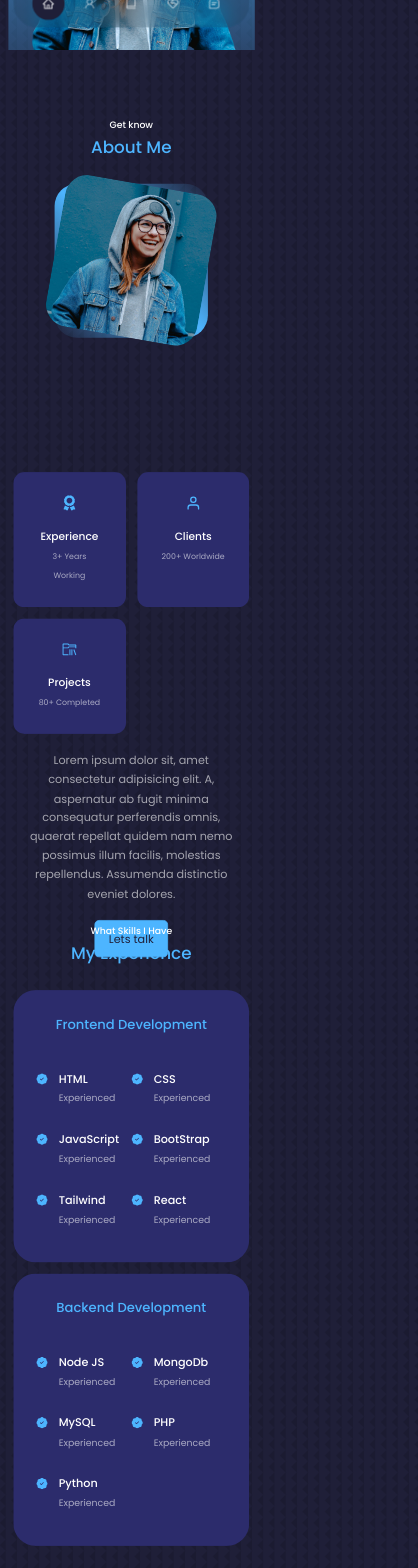
Repository: YuriSarmanho/Portifolio-
Page: / (app in portifolio/)
An editor plug-in stored every save of this project. The page is shown before and after the next save, followed by the edit.
The browser window is 375 px wide. The page is 597 px wide, so the pictures cover 597 px, including what lies to the right of the window. The pictures show the part of the page from y = 728 to 2968 px (the page is 6088 px tall before and 6050 px after), at 70% of full size.
The project was rebuilt for these pictures with package versions that can differ from the ones it lists, and the page was loaded fresh each time. Also part of the build but not shown: portifolio/src/Components/Contact/Contact.css, portifolio/src/Components/Testimonials/Testimonials.css. Imported but missing from the stored project, and not drawn on this page: portifolio/src/assets/cv.pdf.

Above is the page before, as saved 2022-05-25 10:32:26.

### portifolio/public/index.html
<!DOCTYPE html>
<html lang="pt-br">
<head>
    <meta charset="UTF-8">
    <meta http-equiv="X-UA-Compatible" content="IE=edge">
    <meta name="viewport" content="width=device-width, initial-scale=1.0">
    <title>Yuri Sarmanho Monteiro</title>
</head>
<body>
    <div id="root"></div>
</body>
</html>

### portifolio/src/App.jsx
import React from "react";
import './index.css'

import Header from "./Components/Header/Header";
import About from "./Components/About/About";
import Contact from "./Components/Contact/Contact";
import Experience from "./Components/Experience/Experience";
import Footer from "./Components/Footer/Footer";
import Nav from "./Components/Nav/Nav";
import Testimonials from "./Components/Testimonials/Testimonials";
import Service from "./Components/Service/Service";
import Portfolio from "./Components/Portfolio/Portfolio";



const App = () => {
  return (
    <>
      <Header />
      <Nav/>
      <About />
      <Experience/>
      <Service/>
      <Portfolio/>
      <Testimonials/>
      <Contact/>
      <Footer/>
    </>
  );
};

export default App;

### portifolio/src/index.css
@import url('https://fonts.googleapis.com/css2?family=Poppins:wght@300;400;500;600&display=swap');

* {
  margin: 0;
  padding: 0;
  border: 0;
  outline: 0;
  box-sizing: border-box;
  list-style: none;
  text-decoration: none;
}
:root {
  --color-bg: #1f1f38;
  --color-bg-variant: #2c2c6c;
  --color-primary: #4db5ff;
  --color-primary-variant: rgba(77, 181, 255, 0.4);
  --color-white: #fff;
  --color-light: rgba(255, 255, 255, 0.6);

  --transition: all 400ms ease;

  --container-width-lg: 75%;
  --container-width-md: 86%;
  --container-width-sm: 90%;
}
html {
  scroll-behavior: smooth;
}
::-webkit-scrollbar {
  display: none;
}

body {
  font-family: "Poppins", sans-serif;
  background-color: var(--color-bg);
  color: var(--color-white);
  line-height: 1.7;
  background-image: url(../src/assets/bg-texture.png);
}

.container {
  width: var(--container-width-lg);
  margin: 0 auto;
}

h1,
h2,
h3,
h4,
h5 {
  font-weight: 500;
}
h1 {
  font-size: 2.5rem;
}
section {
  margin-top: 8rem;
}
section > h2,
section > h5 {
  text-align: center;
  color: var(--color-ligth);
}

section > h2 {
  color: var(--color-primary);
  margin-bottom: 3rem;
}

.text-light {
  color: var(--color-light);
}
a {
  color: var(--color-primary);
  transition: var(--transition);
}
a:hover{
    color: var(--color-white);
}
.btn{
    width: max-content;
    display: inline-block;
    color: var(--color-primary);
    padding: 0.75rem 1.2rem;
    border-radius: 0.4rem;
    cursor: pointer;
    border: 1px solid var(--color-primary);
    transition: var(--transition);
}

.btn:hover{
    background-color: var(--color-white);
    color: var(--color-bg);
    border: transparent;
}

.btn-primary{
    background-color: var(--color-primary);
    color: var(--color-bg);
}

img{
  display: block;
  width: 100%;
  object-fit: cover;
}

/*MEDIUM DEVICE*/
@media screen and (max-width:1024px){
    .container{
        width: var(--container-width-md);
    }
    section{
        margin-top: 6rem;
    }
}

/*SMALL DEVICE*/
@media screen and (max-width:600px){
    .container{
        width: var(--container-width-sm);
    }
    section > h2{
        margin-bottom: 2rem;
    }
}

### portifolio/src/Components/Header/Header.jsx
import React from 'react'
import CTA from './CTA'
import ME from '../../assets/me.png'
import HeaderSocials from './HeaderSocials'
import './Header.css'

const header = () => {
  return (
    <header>
      <div className="container header__container">
        <h5>Hello i'm</h5>
        <h1>Yuri Sarmanho Monteiro</h1>
        <h5 className="text-light">Frontend Developer</h5>
        <CTA />
        <HeaderSocials/>
        <div className="me">
          <img src={ME} alt="foto de perfil" />
        </div>
      </div>
    </header>
  )
}

export default header

### portifolio/src/Components/About/About.jsx
import React from "react";
import ME from "../../assets/me-about.jpg";
import { FaAward } from "react-icons/fa";
import { FiUser } from "react-icons/fi";
import { VscFolderLibrary } from "react-icons/vsc";
import "./About.css";

const About = () => {
  return (
    //refactor
    <section id="about">
      <h5>Get know</h5>
      <h2>About Me</h2>

      <div className="container about__container">
        <div className="about__me">
          <div className="about__me-image">
            <img src={ME} alt="minha foto" />
          </div>
        </div>

        <div className="about__content">
          <div className="about__cards">
            <article className="about__card">
              <FaAward className="about__icon" />
              <h5>Experience</h5>
              <small>3+ Years Working</small>
            </article>

            <article className="about__card">
              <FiUser className="about__icon" />
              <h5>Clients</h5>
              <small>200+ Worldwide</small>
            </article>

            <article className="about__card">
              <VscFolderLibrary className="about__icon" />
              <h5>Projects</h5>
              <small>80+ Completed</small>
            </article>
          </div>
          <p>
              Lorem ipsum dolor sit, amet consectetur adipisicing elit. A,
              aspernatur ab fugit minima consequatur perferendis omnis, quaerat
              repellat quidem nam nemo possimus illum facilis, molestias
              repellendus. Assumenda distinctio eveniet dolores.
            </p>
            <a href="#contact" className='btn btn-primary'>
              Lets talk
            </a>
        </div>
      </div>
    </section>
  );
};

export default About;

### portifolio/src/Components/Contact/Contact.jsx
import React from 'react'
import './Contact.css'
const Contact = () => {
  return (
    <section id='contact'>Contact</section>
  )
}

export default Contact

### portifolio/src/Components/Nav/Nav.jsx
import React, { useState } from "react";
import { AiOutlineHome } from "react-icons/ai";
import { AiOutlineUser } from "react-icons/ai";
import { BiBookAlt } from "react-icons/bi";
import { RiServiceLine } from "react-icons/ri";
import { BiMessageSquareDetail } from "react-icons/bi";
import "./Nav.css";

const Nav = () => {
  const [activeNav, setActiveNav] = useState("#");
  //Refatorar essa parte dps que acabar o projeto
  return (
    <nav>
      <a
        href="#"
        onClick={() => setActiveNav("#")}
        className={activeNav === "#" ? "active" : ""}
      >
        <AiOutlineHome />
      </a>
      <a
        href="#about"
        onClick={() => setActiveNav("#about")}
        className={activeNav === "#about" ? "active" : ""}
      >
        <AiOutlineUser />
      </a>
      <a
        href="#experience"
        onClick={() => setActiveNav("#experience")}
        className={activeNav === "#experience" ? "active" : ""}
      >
        <BiBookAlt />
      </a>
      <a
        href="#service"
        onClick={() => setActiveNav("#service")}
        className={activeNav === "#service" ? "active" : ""}
      >
        <RiServiceLine />
      </a>
      <a
        href="#contact"
        onClick={() => setActiveNav("#contact")}
        className={activeNav === "#contact" ? "active" : ""}
      >
        <BiMessageSquareDetail />
      </a>
    </nav>
  );
};

export default Nav;

### portifolio/src/Components/Testimonials/Testimonials.jsx
import React from 'react'
import './Testimonials.css'
const Testimonials = () => {
  return (
    <section id='testimonials'>Testimonials</section>
  )
}

export default Testimonials

### portifolio/src/Components/Service/Service.jsx
import React from 'react'
import {BsCheck} from 'react-icons/bs'
import './Service.css'

const Service = () => {
  return (
    <section id='service'>
      <h5>What I Offer</h5>
      <h2>Service</h2>

      <div className="container service__container">
        <article className="service">
          <div className="service__head">
            <h3>UI/UX Desing</h3>
          </div>
          <ul className="service__list">
            <li>
              <BsCheck className='service__list-icon'></BsCheck>
              <p>Lorem ipsum dolor sit amet consectetur elit.</p>
            </li>
            <li>
              <BsCheck className='service__list-icon'></BsCheck>
              <p>Lorem ipsum dolor sit amet consectetur elit.</p>
            </li>
            <li>
              <BsCheck className='service__list-icon'></BsCheck>
              <p>Lorem ipsum dolor sit amet consectetur elit.</p>
            </li>
            <li>
              <BsCheck className='service__list-icon'></BsCheck>
              <p>Lorem ipsum dolor sit amet consectetur elit.</p>
            </li>
            <li>
              <BsCheck className='service__list-icon'></BsCheck>
              <p>Lorem ipsum dolor sit amet consectetur elit.</p>
            </li>
          </ul>
        </article>
        {/* END OF UI/UX */}
        <article className="service">
          <div className="service__head">
            <h3>Web Developent</h3>
          </div>
          <ul className="service__list">
            <li>
              <BsCheck className='service__list-icon'></BsCheck>
              <p>Lorem ipsum dolor sit amet consectetur elit.</p>
            </li>
            <li>
              <BsCheck className='service__list-icon'></BsCheck>
              <p>Lorem ipsum dolor sit amet consectetur elit.</p>
            </li>
            <li>
              <BsCheck className='service__list-icon'></BsCheck>
              <p>Lorem ipsum dolor sit amet consectetur elit.</p>
            </li>
            <li>
              <BsCheck className='service__list-icon'></BsCheck>
              <p>Lorem ipsum dolor sit amet consectetur elit.</p>
            </li>
            <li>
              <BsCheck className='service__list-icon'></BsCheck>
              <p>Lorem ipsum dolor sit amet consectetur elit.</p>
            </li>
          </ul>
        </article>
        {/* WEB DEVELOPMENT*/}
        <article className="service">
          <div className="service__head">
            <h3>Content Creation</h3>
          </div>
          <ul className="service__list">
            <li>
              <BsCheck className='service__list-icon'></BsCheck>
              <p>Lorem ipsum dolor sit amet consectetur elit.</p>
            </li>
            <li>
              <BsCheck className='service__list-icon'></BsCheck>
              <p>Lorem ipsum dolor sit amet consectetur elit.</p>
            </li>
            <li>
              <BsCheck className='service__list-icon'></BsCheck>
              <p>Lorem ipsum dolor sit amet consectetur elit.</p>
            </li>
            <li>
              <BsCheck className='service__list-icon'></BsCheck>
              <p>Lorem ipsum dolor sit amet consectetur elit.</p>
            </li>
            <li>
              <BsCheck className='service__list-icon'></BsCheck>
              <p>Lorem ipsum dolor sit amet consectetur elit.</p>
            </li>
          </ul>
        </article>
        {/* CONTENT CREATION */}
      </div>
    </section>
  )
}

export default Service

### portifolio/src/Components/Portfolio/Portfolio.jsx
import React from "react";
import "./Portfolio.css";
import IMG1 from "../../assets/portfolio1.jpg";
import IMG2 from "../../assets/portfolio2.jpg";
import IMG3 from "../../assets/portfolio3.jpg";
import IMG4 from "../../assets/portfolio4.jpg";
import IMG5 from "../../assets/portfolio5.png";
import IMG6 from "../../assets/portfolio6.jpg";

const Portfolio = () => {
  return (
    <section>
      <h5>My Recent Work</h5>
      <h2>Portfolio</h2>
      <div className="container portfolio__container">
        <article className="portfolio__item">
          <div className="portfolio__item-image">
            <img src={IMG1} alt="" />
          </div>
          <h3>This is a portfolio item title</h3>
          <div className="container__item-cta">
            <a href="http://github.com" className="btn" target="_blank">
              Github
            </a>
            <a href="#" className="btn btn-primary" target="_blank">
              Live Demo
            </a>
          </div>
        </article>
        <article className="portfolio__item">
          <div className="portfolio__item-image">
            <img src={IMG2} alt="" />
          </div>
          <h3>This is a portfolio item title</h3>
          <div className="container__item-cta">
            <a href="http://github.com" className="btn" target="_blank">
              Github
            </a>
            <a href="#" className="btn btn-primary" target="_blank">
              Live Demo
            </a>
          </div>
        </article>
        <article className="portfolio__item">
          <div className="portfolio__item-image">
            <img src={IMG3} alt="" />
          </div>
          <h3>This is a portfolio item title</h3>
          <div className="container__item-cta">
            <a href="http://github.com" className="btn" target="_blank">
              Github
            </a>
            <a href="#" className="btn btn-primary" target="_blank">
              Live Demo
            </a>
          </div>
        </article>
        <article className="portfolio__item">
          <div className="portfolio__item-image">
            <img src={IMG4} alt="" />
          </div>
          <h3>This is a portfolio item title</h3>
          <div className="container__item-cta">
            <a href="http://github.com" className="btn" target="_blank">
              Github
            </a>
            <a href="#" className="btn btn-primary" target="_blank">
              Live Demo
            </a>
          </div>
        </article>
        <article className="portfolio__item">
          <div className="portfolio__item-image">
            <img src={IMG5} alt="" />
          </div>
          <h3>This is a portfolio item title</h3>
          <div className="container__item-cta">
            <a href="http://github.com" className="btn" target="_blank">
              Github
            </a>
            <a href="#" className="btn btn-primary" target="_blank">
              Live Demo
            </a>
          </div>
        </article>
        <article className="portfolio__item">
          <div className="portfolio__item-image">
            <img src={IMG6} alt="" />
          </div>
          <h3>This is a portfolio item title</h3>
          <div className="container__item-cta">
            <a href="http://github.com" className="btn" target="_blank">
              Github
            </a>
            <a href="#" className="btn btn-primary" target="_blank">
              Live Demo
            </a>
          </div>
        </article>
      </div>
    </section>
  );
};

export default Portfolio;

### portifolio/src/Components/Header/CTA.jsx
import React from 'react'
import CV from '../../assets/cv.pdf'
const CTA = () => {
  return (
    <div className="cta">
        <a href={CV} download className='btn'>Download CV</a>
        <a href='#contact' className='btn btn-primary'>Lest's Talk</a>
    </div>
  )
}

export default CTA

### portifolio/src/Components/Header/HeaderSocials.jsx
import React from 'react'
import {BsLinkedin} from 'react-icons/bs'
import {FaGithub} from 'react-icons/fa'
import {FaDribbble} from 'react-icons/fa'
import './Header.css'

const HeaderSocials  = () => {
  return (
      <div className="header__socials">
          <a href="http://linkedin.com" target="_blank"><BsLinkedin/></a>
          <a href="http://github.com" target="_blank"><FaGithub/></a>
          <a href="http://dribbble.com" target="_blank"><FaDribbble/></a>
      </div>
  )
}

export default HeaderSocials

### portifolio/src/Components/Header/Header.css
header {
  height: 100vh;
  padding-top: 7rem;
  overflow: hidden;
}

.header__container {
  text-align: center;
  height: 100%;
  position: relative;
}

.cta {
  margin-top: 2.5rem;
  display: flex;
  gap: 1.2rem;
  justify-content: center;
}
.header__socials {
  display: flex;
  flex-direction: column;
  align-items: center;
  gap: 0.8rem;
  position: absolute;
  left: 0;
  bottom: 3rem;
}

.header__socials::after {
  content: "";
  width: 1px;
  height: 2rem;
  background-color: var(--color-primary);
}

.me {
  background: linear-gradient(var(--color-primary), transparent);
  width: 22rem;
  height: 30rem;
  position: absolute;
  left: calc(50% - 11rem);
  margin-top: 4rem;
  border-radius: 12rem 12rem 0 0;
  overflow: hidden;
  padding: 5rem 1.5rem 1.5rem 1.5rem;
}

.scroll__down {
  position: absolute;
  right: -2.3rem;
  bottom: 5rem;
  transform: rotate(90deg);
  font-weight: 300;
  font-size: 0.9rem;
}

/*MEDIUM DEVICE*/
@media screen and (max-width: 1024px) {
  header {
    height: 68vh;
  }
}

/*SMALL DEVICE*/
@media screen and (max-width: 600px) {
  header {
    height: 100vh;
  }
  .header__socials,
  .scroll__down {
    display: none;
  }
}

### portifolio/src/Components/About/About.css
.about__container {
  display: grid;
  grid-template-columns: 35% 50%;
  gap: 15%;
}

.about__me {
  width: 100%;
  aspect-ratio: 1/1;
  border-radius: 2rem;
  background: linear-gradient(
    45deg,
    transparent,
    var(--color-primary),
    transparent
  );
  display: grid;
  place-content: center;
}

.about__me-image {
  border-radius: 2rem;
  overflow: hidden;
  transform: rotate(10deg);
  transition: var(--transition);
}

.about__me-image:hover {
  transform: rotate(0);
}
.about__cards {
  display:grid;
  grid-template-columns: repeat(3, 1fr);
  gap: 1.5rem;
}

.about__card {
  background: var(--color-bg-variant);
  border: 1px solid transparent;
  border-radius: 1rem;
  padding: 2rem;
  text-align: center;
  transition: var(--transition);
}

.about__card:hover {
  background: transparent;
  border-color: var(--color-primary-variant);
  cursor: default;
}
.about__icon {
  color: var(--color-primary);
  font-size: 1.4rem;
  margin-bottom: 1rem;
}
.about__card h5 {
  font-size: 0.95rem;
}

.about__card small{
    font-size: .7rem;
    color: var(--color-light);
}
.about__content p{
    margin: 2rem 0 2.6rem;
    color: var(--color-light);
}

/*MEDIUM DEVICE*/
@media screen and (max-width: 1024px) {
    .about__container{
        grid-template-columns: 1fr;
    }
    .about__me{
        width: 50%;
        margin: 2rem auto 4rem;
    }
    .about__content p{
        margin: 1rem 0 1.5rem;
    }
}

/*SMALL DEVICE*/
@media screen and (max-width: 600px) {
    .about__me{
        width: 65%;
        margin: 0 auto 3rem;
    }
    .about__cards{
        grid-template-columns: 1fr 1fr;
        gap: 1rem;
    }
    .about__content{
        text-align: center;
    }
    .about__container p{
        margin: 1.5rem;
    }
  }

### portifolio/src/Components/Experience/Experience.css
.experience__container {
  display: grid;
  grid-template-columns: 1fr 1fr;
  gap: 2rem;
}

.experience__container > div {
  background: var(--color-bg-variant);
  padding: 2.4rem 5rem;
  border-radius: 2rem;
  border: 1px solid transparent;
}
.experience__container > div:hover {
  background: transparent;
  border-color: var(--color-bg-variant);
  cursor: default;
}

.experience__container > div h3 {
  text-align: center;
  margin-bottom: 2rem;
  color: var(--color-primary);
}

.experience__content {
  display: grid;
  grid-template-columns: 1fr 1fr;
  row-gap: 2rem;
}
.experience__details {
  display: flex;
  gap: 1rem;
}
.experience__details-icon {
  margin-top: 6px;
  color: var(--color-primary);
}

/*MEDIUM DEVICE*/
@media screen and (max-width: 1024px) {
  .experience__container {
    grid-template-columns: 1fr;
  }
  .experience__container > div {
    width: 80%;
    padding: 2rem;
    margin: 0 auto;
  }
  .experience__content {
    padding: 1rem;
  }
}

/*SMALL DEVICE*/
@media screen and (max-width: 600px) {
  .experience__container {
    gap: 1rem;
  }
  .experience__container > div {
    width: 100%;
    padding: 2rem 1rem;
  }
}

### portifolio/src/Components/Nav/Nav.css
nav {
  background-color: rgba(0, 0, 0, 0.1);
  width: max-content;
  display: block;
  padding: 0.7rem 1.7rem;
  z-index: 2;
  position: fixed;
  left: 50%;
  transform: translate(-50%);
  bottom: 2rem;
  display: flex;
  gap: 0.8rem;
  border-radius: 3rem;
  backdrop-filter: blur(15px);
}

nav a {
  background: transparent;
  padding: 0.9rem;
  border-radius: 50%;
  display: flex;
  color: var(--color-light);
  font-size: 1.1rem;
}

nav a:hover {
  background-color: rgba(0, 0, 0, 0.3);
}

nav a.active {
  background: var(--color-bg);
  color: var(--color-white);
}

### portifolio/src/Components/Service/Service.css
.service__container{
    display: grid;
    grid-template-columns: repeat(3,1fr);
    gap: 3rem;
}

.service{
    background: var(--color-bg-variant);
    border-radius: 0 0 2rem 2rem;
    border: 1px solid var(--color-primary);
    height: fit-content;
    transition: var(--transition);
}

.service:hover{
background:transparent;
border: var(--color-bg-variant);
cursor: default;
}

.service__head{
    background-color: var(--color-primary);
    padding: 2rem;
    border-radius: 0 0 2rem 2rem ;
    box-shadow: 0 2rem 1rem rgba(0,0,0,0.1);
}

.service__head h3{
    color: var(--color-bg);
    font-size: 1rem;
    text-align: center;
}
.service__list{
    padding: 2rem;
}

service__list li{
    display: flex;
    gap: 1rem;
    margin-bottom: 0.8rem;
}

.service__list-icon{
    color: var(--color-primary);
    margin-top: 2px;
}

.service__list p{
    font-size: 0.9rem;
}

/*MEDIUM DEVICE*/
@media screen and (max-width: 1024px) {
  .service__container{
      grid-template-columns: 1fr 1fr;
      gap: 2rem;
  }
  .service{
      height: auto;
  }
}

  /*SMALL DEVICE*/
  @media screen and (max-width: 600px) {
    .service__container{
        grid-template-columns: 1fr;
        grid-area: 1.5rem ;
    }
}

### portifolio/src/Components/Portfolio/Portfolio.css
.portfolio__container{
    display: grid;
    grid-template-columns: repeat(3,1fr);
    gap: 2.5rem;
}
.portfolio__item{
    background: var(--color-bg-variant);
    padding: 1.3rem;
    border-radius: 2rem;
    border: 1px solid transparent;
    transition: var(--transition);
}

.portfolio__item:hover{
    border-color: var(--color-primary-variant);
    background: transparent;
}

.portfolio__item-image{
    border-radius: 1.5rem;
    overflow: hidden;
}

.portfolio__item h3{
    margin: 1.2rem 0 2rem;
}
.portfolio__item-cta{
    display: flex;
    gap: 1rem;
    margin-bottom: 1rem;
}

/*MEDIUM DEVICE*/
@media screen and (max-width: 1024px) {
    .about__container{
        grid-template-columns: 1fr;
    }
    .about__me{
        width: 50%;
        margin: 2rem auto 4rem;
    }
    .about__content p{
        margin: 1rem 0 1.5rem;
    }
}

/*SMALL DEVICE*/
@media screen and (max-width: 600px) {
    .about__me{
        width: 65%;
        margin: 0 auto 3rem;
    }
    .about__cards{
        grid-template-columns: 1fr 1fr;
        gap: 1rem;
    }
    .about__content{
        text-align: center;
    }
    .about__container p{
        margin: 1.5rem;
    }
  }

Loaded but not shown: portifolio/src/Components/Footer/Footer.jsx (common file); portifolio/src/index.js (4 lines, source omitted); portifolio/src/Components/Experience/Experience.jsx (106 lines, source omitted)

After the next save:
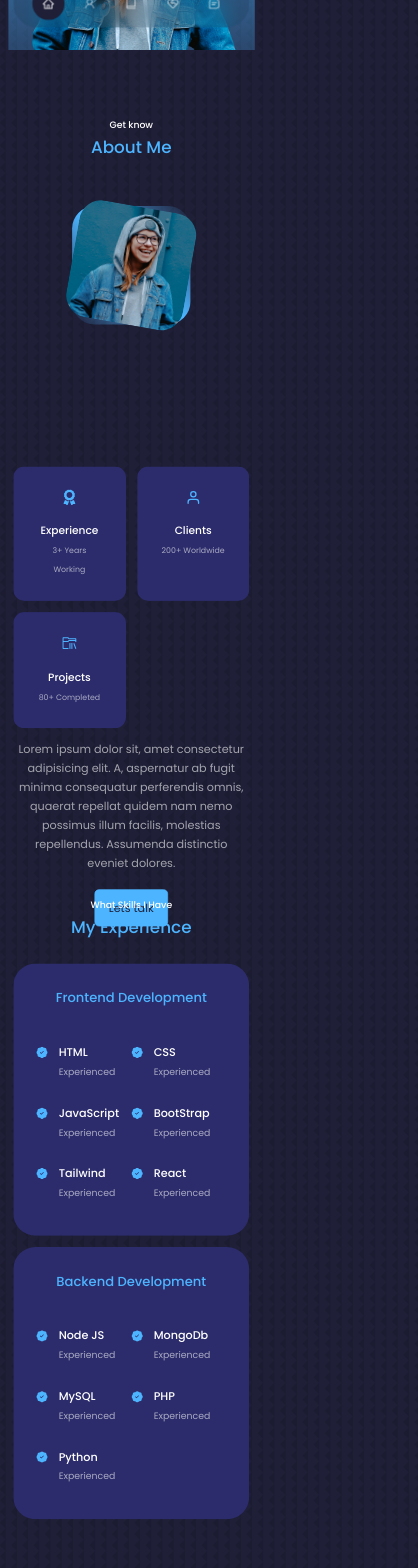
Saved 9 s later.
--- a/portifolio/src/Components/Portfolio/Portfolio.css
+++ b/portifolio/src/Components/Portfolio/Portfolio.css
@@ -46,18 +46,4 @@
 
 /*SMALL DEVICE*/
 @media screen and (max-width: 600px) {
-    .about__me{
-        width: 65%;
-        margin: 0 auto 3rem;
-    }
-    .about__cards{
-        grid-template-columns: 1fr 1fr;
-        gap: 1rem;
-    }
-    .about__content{
-        text-align: center;
-    }
-    .about__container p{
-        margin: 1.5rem;
-    }
   }
